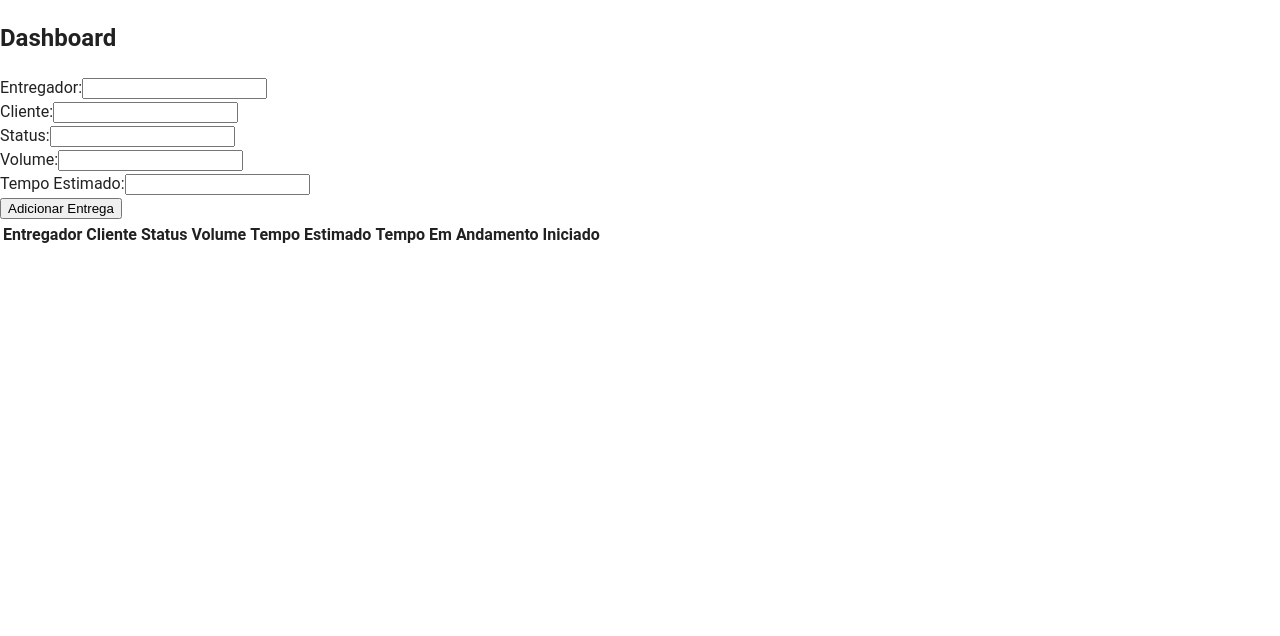
Repository: feliperanon/mobilegestao
Page: /dashboard (app in frontend/)
An editor plug-in stored every save of this project. The page is shown before and after the next save, followed by the edit.
The browser window is 1280 px wide. The pictures show the whole page.
The page's requests for data from a server got no answer. The project was rebuilt for these pictures with package versions that can differ from the ones it lists, and the page was loaded fresh each time. No one was signed in, and anything a server would have sent is missing. Also part of the build but not shown: frontend/webpack.config.js, frontend/src/pages/Home.js, frontend/src/pages/History.js, frontend/src/pages/Analysis.js, frontend/src/components/Login.js, frontend/src/components/Register.js.

Above is the page before, as saved 2024-07-14 16:05:45.

### frontend/public/index.html
<!-- frontend/public/index.html -->

<!DOCTYPE html>
<html lang="en">
<head>
    <meta charset="UTF-8">
    <meta name="viewport" content="width=device-width, initial-scale=1.0">
    <title>Mobile Gestão</title>
</head>
<body>
    <div id="root"></div>
</body>
</html>

### frontend/src/index.js
// frontend/src/index.js

import React from 'react';
import ReactDOM from 'react-dom';
import { BrowserRouter as Router, Route, Switch } from 'react-router-dom';
import { ThemeProvider, createTheme } from '@mui/material/styles';
import CssBaseline from '@mui/material/CssBaseline';
import Home from './pages/Home';
import History from './pages/History';
import Analysis from './pages/Analysis';
import Dashboard from './components/Dashboard';
import Login from './components/Login';
import Register from './components/Register';

const theme = createTheme({
  palette: {
    primary: {
      main: '#1976d2',
    },
    secondary: {
      main: '#dc004e',
    },
  },
  typography: {
    fontFamily: 'Roboto, Arial, sans-serif',
  },
});

ReactDOM.render(
  <ThemeProvider theme={theme}>
    <CssBaseline />
    <Router>
      <Switch>
        <Route path="/" exact component={Home} />
        <Route path="/login" component={Login} />
        <Route path="/register" component={Register} />
        <Route path="/dashboard" component={Dashboard} />
        <Route path="/history" component={History} />
        <Route path="/analysis" component={Analysis} />
      </Switch>
    </Router>
  </ThemeProvider>,
  document.getElementById('root')
);

### frontend/src/components/Dashboard.js
// frontend/src/components/Dashboard.js

import React, { useEffect, useState } from 'react';
import axios from 'axios';

const Dashboard = () => {
  const [deliveries, setDeliveries] = useState([]);
  const [entregador, setEntregador] = useState('');
  const [cliente, setCliente] = useState('');
  const [status, setStatus] = useState('');
  const [volume, setVolume] = useState('');
  const [tempoEstimado, setTempoEstimado] = useState('');

  useEffect(() => {
    const fetchData = async () => {
      const res = await axios.get('http://localhost:5008/api/deliveries');
      setDeliveries(res.data);
    };
    fetchData();
  }, []);

  const handleSubmit = async (e) => {
    e.preventDefault();
    try {
      const res = await axios.post('http://localhost:5008/api/deliveries', {
        entregador,
        cliente,
        status,
        volume,
        tempoEstimado,
      });
      setDeliveries([res.data, ...deliveries]);
      setEntregador('');
      setCliente('');
      setStatus('');
      setVolume('');
      setTempoEstimado('');
    } catch (err) {
      console.error(err);
    }
  };

  return (
    <div>
      <h2>Dashboard</h2>
      <form onSubmit={handleSubmit}>
        <div>
          <label>Entregador:</label>
          <input type="text" value={entregador} onChange={(e) => setEntregador(e.target.value)} required />
        </div>
        <div>
          <label>Cliente:</label>
          <input type="text" value={cliente} onChange={(e) => setCliente(e.target.value)} required />
        </div>
        <div>
          <label>Status:</label>
          <input type="text" value={status} onChange={(e) => setStatus(e.target.value)} required />
        </div>
        <div>
          <label>Volume:</label>
          <input type="number" value={volume} onChange={(e) => setVolume(e.target.value)} required />
        </div>
        <div>
          <label>Tempo Estimado:</label>
          <input type="number" value={tempoEstimado} onChange={(e) => setTempoEstimado(e.target.value)} required />
        </div>
        <button type="submit">Adicionar Entrega</button>
      </form>
      <table>
        <thead>
          <tr>
            <th>Entregador</th>
            <th>Cliente</th>
            <th>Status</th>
            <th>Volume</th>
            <th>Tempo Estimado</th>
            <th>Tempo Em Andamento</th>
            <th>Iniciado</th>
          </tr>
        </thead>
        <tbody>
          {deliveries.map((delivery) => (
            <tr key={delivery._id}>
              <td>{delivery.entregador}</td>
              <td>{delivery.cliente}</td>
              <td>{delivery.status}</td>
              <td>{delivery.volume}</td>
              <td>{delivery.tempoEstimado}</td>
              <td>{delivery.tempoEmAndamento}</td>
              <td>{new Date(delivery.iniciado).toLocaleString()}</td>
            </tr>
          ))}
        </tbody>
      </table>
    </div>
  );
};

export default Dashboard;

After the next save:
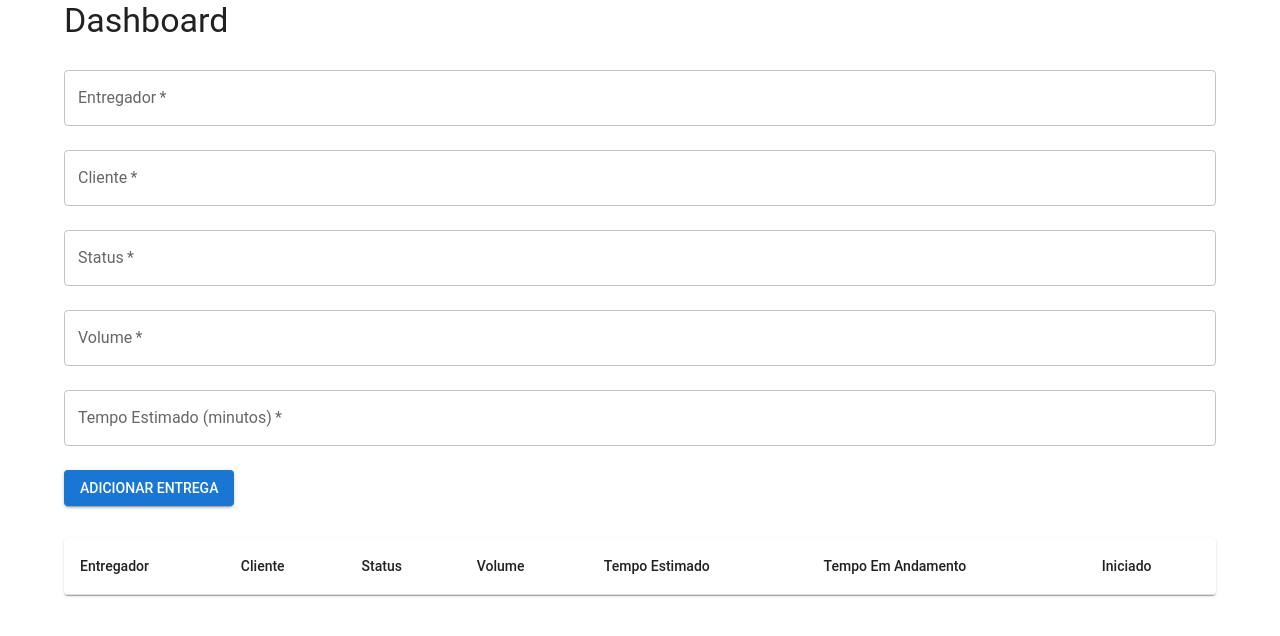
Saved 25 s later.
--- a/frontend/src/components/Dashboard.js
+++ b/frontend/src/components/Dashboard.js
@@ -2,6 +2,20 @@
 
 import React, { useEffect, useState } from 'react';
 import axios from 'axios';
+import {
+  Container,
+  Typography,
+  Box,
+  TextField,
+  Button,
+  Table,
+  TableBody,
+  TableCell,
+  TableContainer,
+  TableHead,
+  TableRow,
+  Paper,
+} from '@mui/material';
 
 const Dashboard = () => {
   const [deliveries, setDeliveries] = useState([]);
@@ -41,58 +55,86 @@ const Dashboard = () => {
   };
 
   return (
-    <div>
-      <h2>Dashboard</h2>
-      <form onSubmit={handleSubmit}>
-        <div>
-          <label>Entregador:</label>
-          <input type="text" value={entregador} onChange={(e) => setEntregador(e.target.value)} required />
-        </div>
-        <div>
-          <label>Cliente:</label>
-          <input type="text" value={cliente} onChange={(e) => setCliente(e.target.value)} required />
-        </div>
-        <div>
-          <label>Status:</label>
-          <input type="text" value={status} onChange={(e) => setStatus(e.target.value)} required />
-        </div>
-        <div>
-          <label>Volume:</label>
-          <input type="number" value={volume} onChange={(e) => setVolume(e.target.value)} required />
-        </div>
-        <div>
-          <label>Tempo Estimado:</label>
-          <input type="number" value={tempoEstimado} onChange={(e) => setTempoEstimado(e.target.value)} required />
-        </div>
-        <button type="submit">Adicionar Entrega</button>
-      </form>
-      <table>
-        <thead>
-          <tr>
-            <th>Entregador</th>
-            <th>Cliente</th>
-            <th>Status</th>
-            <th>Volume</th>
-            <th>Tempo Estimado</th>
-            <th>Tempo Em Andamento</th>
-            <th>Iniciado</th>
-          </tr>
-        </thead>
-        <tbody>
-          {deliveries.map((delivery) => (
-            <tr key={delivery._id}>
-              <td>{delivery.entregador}</td>
-              <td>{delivery.cliente}</td>
-              <td>{delivery.status}</td>
-              <td>{delivery.volume}</td>
-              <td>{delivery.tempoEstimado}</td>
-              <td>{delivery.tempoEmAndamento}</td>
-              <td>{new Date(delivery.iniciado).toLocaleString()}</td>
-            </tr>
-          ))}
-        </tbody>
-      </table>
-    </div>
+    <Container>
+      <Typography variant="h4" component="h1" gutterBottom>
+        Dashboard
+      </Typography>
+      <Box component="form" onSubmit={handleSubmit} sx={{ mb: 4 }}>
+        <TextField
+          label="Entregador"
+          value={entregador}
+          onChange={(e) => setEntregador(e.target.value)}
+          fullWidth
+          required
+          margin="normal"
+        />
+        <TextField
+          label="Cliente"
+          value={cliente}
+          onChange={(e) => setCliente(e.target.value)}
+          fullWidth
+          required
+          margin="normal"
+        />
+        <TextField
+          label="Status"
+          value={status}
+          onChange={(e) => setStatus(e.target.value)}
+          fullWidth
+          required
+          margin="normal"
+        />
+        <TextField
+          label="Volume"
+          type="number"
+          value={volume}
+          onChange={(e) => setVolume(e.target.value)}
+          fullWidth
+          required
+          margin="normal"
+        />
+        <TextField
+          label="Tempo Estimado (minutos)"
+          type="number"
+          value={tempoEstimado}
+          onChange={(e) => setTempoEstimado(e.target.value)}
+          fullWidth
+          required
+          margin="normal"
+        />
+        <Button type="submit" variant="contained" color="primary" sx={{ mt: 2 }}>
+          Adicionar Entrega
+        </Button>
+      </Box>
+      <TableContainer component={Paper}>
+        <Table>
+          <TableHead>
+            <TableRow>
+              <TableCell>Entregador</TableCell>
+              <TableCell>Cliente</TableCell>
+              <TableCell>Status</TableCell>
+              <TableCell>Volume</TableCell>
+              <TableCell>Tempo Estimado</TableCell>
+              <TableCell>Tempo Em Andamento</TableCell>
+              <TableCell>Iniciado</TableCell>
+            </TableRow>
+          </TableHead>
+          <TableBody>
+            {deliveries.map((delivery) => (
+              <TableRow key={delivery._id}>
+                <TableCell>{delivery.entregador}</TableCell>
+                <TableCell>{delivery.cliente}</TableCell>
+                <TableCell>{delivery.status}</TableCell>
+                <TableCell>{delivery.volume}</TableCell>
+                <TableCell>{delivery.tempoEstimado}</TableCell>
+                <TableCell>{delivery.tempoEmAndamento}</TableCell>
+                <TableCell>{new Date(delivery.iniciado).toLocaleString()}</TableCell>
+              </TableRow>
+            ))}
+          </TableBody>
+        </Table>
+      </TableContainer>
+    </Container>
   );
 };
 
